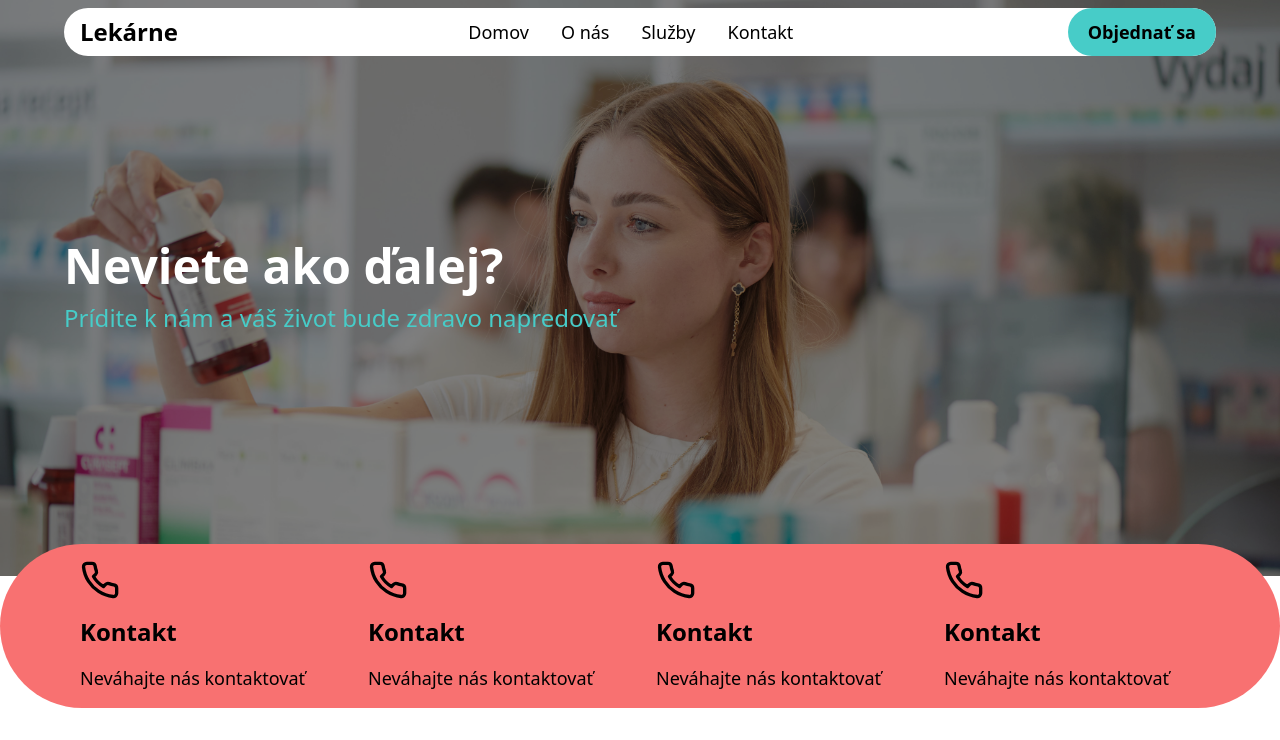
Repository: SimonSkoda13/Lekaren
Page: /
The author's editor kept a copy of each file at every save. The page is drawn from the files as they stood at one save, then again after the next save.
The browser window is 1280 px wide. The pictures show the whole page.
The project was rebuilt for these pictures with package versions that can differ from the ones it lists, and the page was loaded fresh each time. The framework's server and built-in components were replaced by stand-ins that run in the browser. Also part of the build but not shown: next.config.js.

Above is the page before, as saved 2023-04-22 17:38:48.

After the next save:
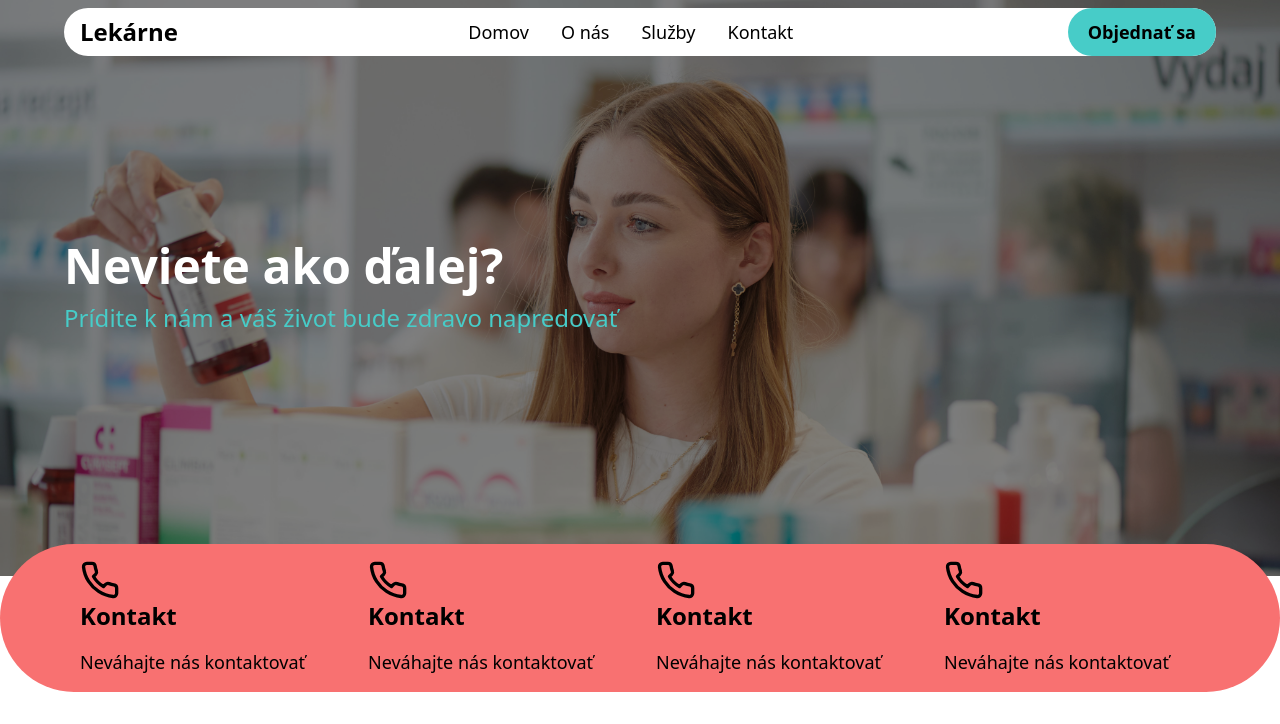
Saved 23 s later.
--- a/src/app/components/Contact/Contact.tsx
+++ b/src/app/components/Contact/Contact.tsx
@@ -22,8 +22,10 @@ export const Contact = (props: ContactProps) => {
             width={100}
             height={100}
           /> */}
-          <Phone size={40} />
-          <h2 className="text-2xl font-bold">{item.title}</h2>
+          <div>
+            <Phone size={40} />
+            <h2 className="text-2xl font-bold">{item.title}</h2>
+          </div>
           <p className="text-lg font-medium">{item.description}</p>
         </div>
       ))}
